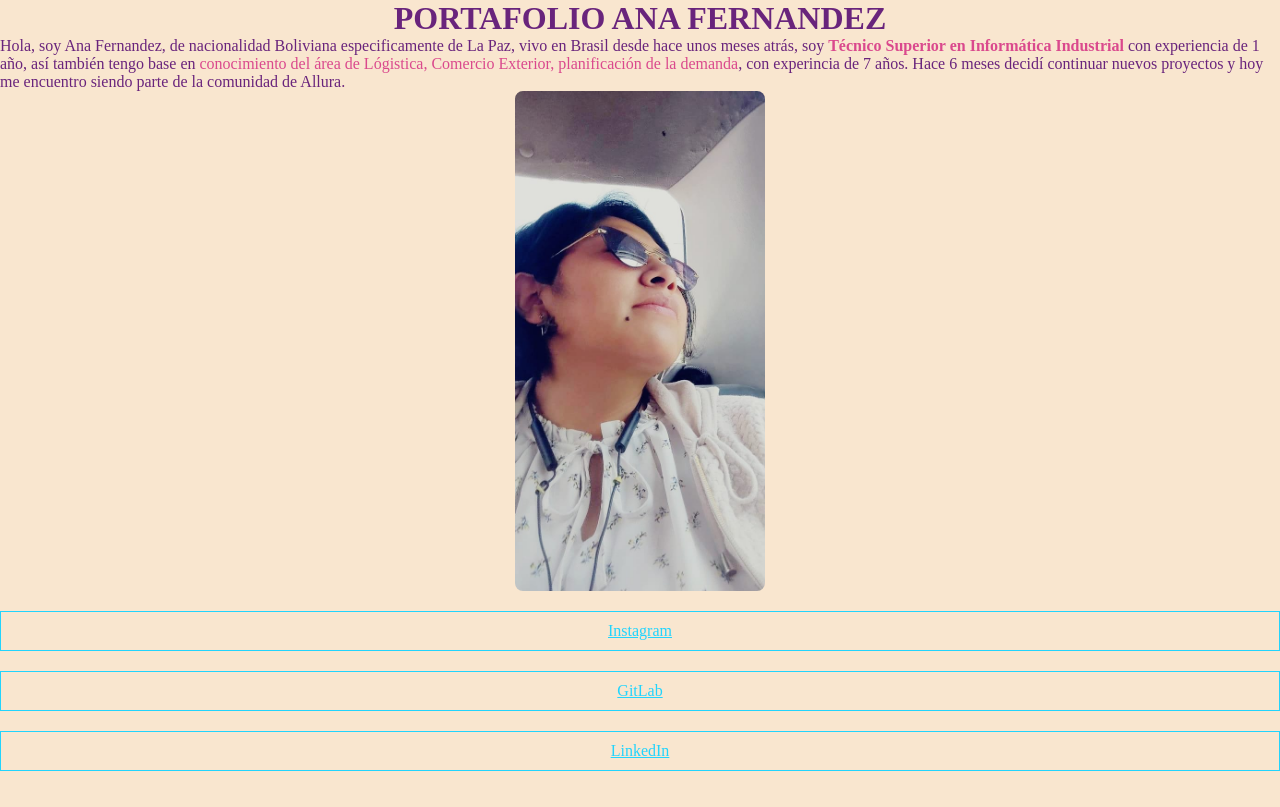
Repository: AnaFzCz/PROYECTOS-HTML---CSS2
Page: Portafolio/index.html
The author's editor kept a copy of each file at every save. The page is drawn from the files as they stood at one save, then again after the next save.
The browser window is 1280 px wide. The pictures show the whole page.

Above is the page before, as saved 2025-01-24 07:30:26.

### Portafolio/index.html
<!DOCTYPE html>
<html lang="en">
<head>
    <meta charset="UTF-8">
    <meta http-equiv="X-UA-Compatible" content="IE=edge">
    <meta name="viewport" content="width=device-width, initial-scale=1.0">
    <title>Portafolio</title>
    <link rel="stylesheet" href="style.css">
</head>
<body>
    <header>

    </header>
    <main>
        <h1 style="text-align: center;">PORTAFOLIO ANA FERNANDEZ</h1>
        <p>Hola, soy Ana Fernandez, de nacionalidad Boliviana especificamente de La Paz, vivo en Brasil desde hace unos meses atrás, soy <strong class="destacar">Técnico Superior en Informática Industrial</strong> con experiencia de 1 año, así también tengo base en <span>conocimiento del área de Lógistica, Comercio Exterior, planificación de la demanda</span>, con experincia de 7 años. Hace 6 meses decidí continuar nuevos proyectos y hoy me encuentro siendo parte de la comunidad de Allura.</p>
        <img src="mindfullness.jpg" alt="myself" style="width:250px;height: 500px;">
        <div class="bloq" >
        <a class="bot" href="https://instagram.com/anafzcz">Instagram</a>
        <a class="bot" href="https://github.com/AnaFzCz">GitLab</a>
        <a class="bot" href="https://linkedin.com/in/ana-fernandez-cruz-238787124">LinkedIn</a>
        <br>
        <br>

        </div>

    </main>
    <footer></footer>
</body>
</html>

### Portafolio/style.css
*{
  margin:0;
  padding: 0;
}

body{
   background-color: #F9E6CF;
   color:#69247C;
    font-family: "papyrus";
}

.destacar{

    color:#DA498D;
}

span{
    color:#DA498D;
}

a{
    color: #22D4FD;

    border: 1px solid #22D4FD;
    padding: 10px;
    text-align: center;
}
.bot {

    margin-top: 20px;
    display: flex;
    justify-content: center;

  }

h1 {
   align-content: center;
}
img {
    border-radius: 8px;
    display: block;
    margin-left: auto;
    margin-right: auto;
  }

  img:hover {
    transform: scaleX(-1);
  }

After the next save:
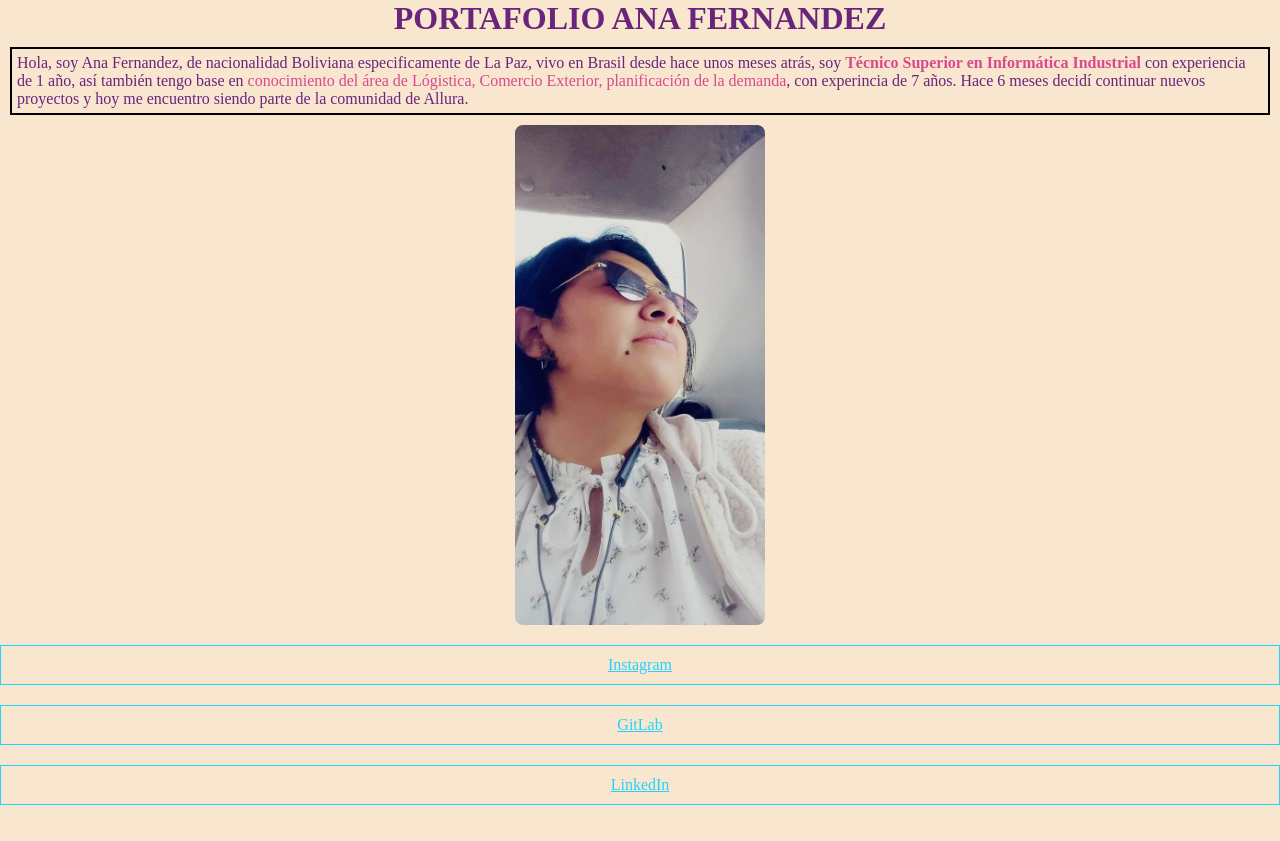
Saved 5 min 48 s later.
--- a/Portafolio/style.css
+++ b/Portafolio/style.css
@@ -1,3 +1,4 @@
+/*Resetear configuraciones*/
 *{
   margin:0;
   padding: 0;
@@ -7,6 +8,12 @@ body{
    background-color: #F9E6CF;
    color:#69247C;
     font-family: "papyrus";
+}
+
+p {
+  margin: 10px;
+  border: 2px solid black;
+  padding: 5px;
 }
 
 .destacar{
